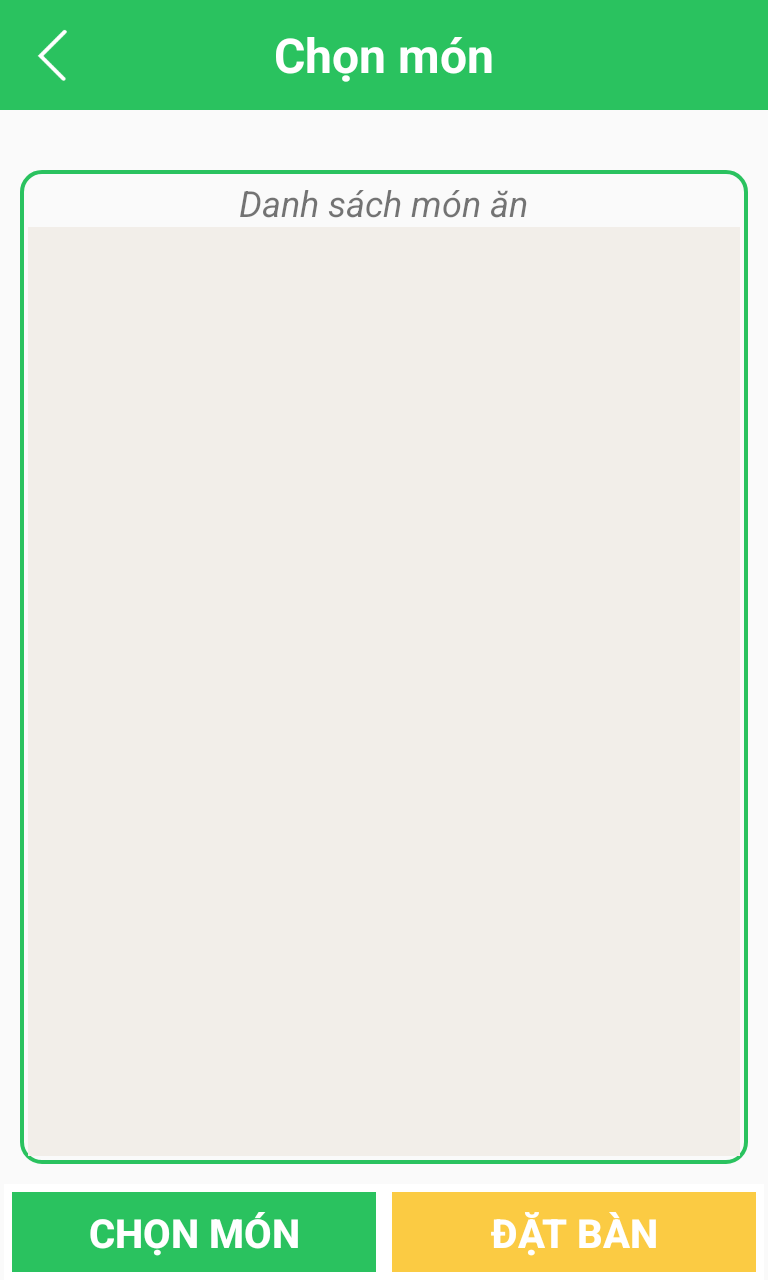
Repository: yenthanh132/Intelresment_AndroidClientApp
Layout: Intelresment/res/layout/activity_order.xml
An editor plug-in stored every save of this project. The layout is shown before and after the next save, followed by the edit.
It is drawn on a 768 x 1280 px phone screen (xhdpi) without system bars, with theme AppTheme; the app's code is not run. Lists and similar views that code fills are empty.

Above is the layout before, as saved 2014-12-27 07:37:44.

### Intelresment/res/layout/activity_order.xml
<?xml version="1.0" encoding="utf-8"?>
<RelativeLayout xmlns:android="http://schemas.android.com/apk/res/android"
    android:layout_width="match_parent"
    android:layout_height="match_parent" >

    <RelativeLayout
        android:id="@+id/header"
        android:layout_width="match_parent"
        android:layout_height="wrap_content"
        android:background="#2AC25F"
        android:padding="10dp" >

        <ImageButton
            android:id="@+id/btnBack"
            android:layout_width="35dp"
            android:layout_height="35dp"
            android:background="@drawable/transparent_button"
            android:scaleType="fitXY"
            android:src="@drawable/back" />

        <TextView
            android:id="@+id/tvLabel1"
            android:layout_width="wrap_content"
            android:layout_height="wrap_content"
            android:layout_centerInParent="true"
            android:text="Chọn món"
            android:textColor="#fff"
            android:textSize="24sp"
            android:textStyle="bold" />
    </RelativeLayout>

    <RelativeLayout
        android:id="@+id/panelDetail"
        android:layout_width="match_parent"
        android:layout_height="wrap_content"
        android:layout_above="@+id/panelButton"
        android:layout_below="@+id/header"
        android:padding="10dp" >



        <RelativeLayout
            android:id="@+id/panelFood"
            android:layout_width="match_parent"
            android:layout_height="wrap_content"
            android:layout_below="@+id/tvOrderDate"
            android:layout_marginTop="20dp"
            android:background="@drawable/oval_rectangle"
            android:padding="4dp" >

            <TextView
                android:id="@+id/tvLabel2"
                android:layout_width="wrap_content"
                android:layout_height="wrap_content"
                android:layout_centerHorizontal="true"
                android:text="Danh sách món ăn"
                android:textSize="18sp"
                android:textStyle="italic" />

            <GridView
                android:id="@+id/gvOrderedFood"
                android:layout_width="match_parent"
                android:layout_height="match_parent"
                android:layout_below="@+id/tvLabel2"
                android:background="#F2EEE9" >
            </GridView>
        </RelativeLayout>
    </RelativeLayout>

    <LinearLayout
        android:id="@+id/panelButton"
        android:layout_width="match_parent"
        android:layout_height="wrap_content"
        android:layout_alignParentBottom="true"
        android:paddingLeft="2dp"
        android:paddingRight="2dp"
        android:weightSum="2" >

        <Button
            android:id="@+id/btnChooseFood"
            android:layout_width="match_parent"
            android:layout_height="wrap_content"
            android:layout_weight="1"
            android:background="@drawable/green_button"
            android:padding="10dp"
            android:text="Chọn món"
            android:textColor="#fff"
            android:textSize="20sp"
            android:textStyle="bold" />

        <Button
            android:id="@+id/btnOrder"
            android:layout_width="match_parent"
            android:layout_height="wrap_content"
            android:layout_weight="1"
            android:background="@drawable/orange_button"
            android:padding="10dp"
            android:text="Đặt bàn"
            android:textColor="#fff"
            android:textSize="20sp"
            android:textStyle="bold" />
    </LinearLayout>

</RelativeLayout>

### Intelresment/res/drawable/transparent_button.xml
<?xml version="1.0" encoding="utf-8"?>
<selector xmlns:android="http://schemas.android.com/apk/res/android">

    <item android:state_pressed="true"><shape>
            <solid android:color="#0E9174" />
        </shape></item>
    <item><shape>
            <solid android:color="#00000000" />
        </shape></item>

</selector>

### Intelresment/res/drawable/oval_rectangle.xml
<?xml version="1.0" encoding="utf-8"?>
<shape xmlns:android="http://schemas.android.com/apk/res/android" >

    <corners android:radius="10dp" />

    <stroke
        android:width="2dp"
        android:color="#2AC25F" />

</shape>

### Intelresment/res/drawable/green_button.xml
<?xml version="1.0" encoding="utf-8"?>
<selector xmlns:android="http://schemas.android.com/apk/res/android">

    <item android:state_pressed="true"><shape>
            <solid android:color="#0E9174" />

            <stroke android:width="4dp" android:color="#fff" />

            <padding android:bottom="10dp" android:left="10dp" android:right="10dp" android:top="10dp" />
        </shape></item>
    <item><shape>
            <solid android:color="#2AC25F" />

            <stroke android:width="4dp" android:color="#fff" />


        </shape></item>

</selector>

### Intelresment/res/drawable/orange_button.xml
<?xml version="1.0" encoding="utf-8"?>
<selector xmlns:android="http://schemas.android.com/apk/res/android">

    <item android:state_pressed="true"><shape>
            <solid android:color="#0E9174" />

            <stroke android:width="4dp" android:color="#fff" />

            <padding android:bottom="10dp" android:left="10dp" android:right="10dp" android:top="10dp" />
        </shape></item>
    <item><shape>
            <solid android:color="#FBCB43" />

            <stroke android:width="4dp" android:color="#fff" />


        </shape></item>

</selector>

Loaded but not shown: Intelresment/res/values/styles.xml (common file); Intelresment/res/values-v11/styles.xml (common file); Intelresment/res/values-v14/styles.xml (common file)

After the next save:
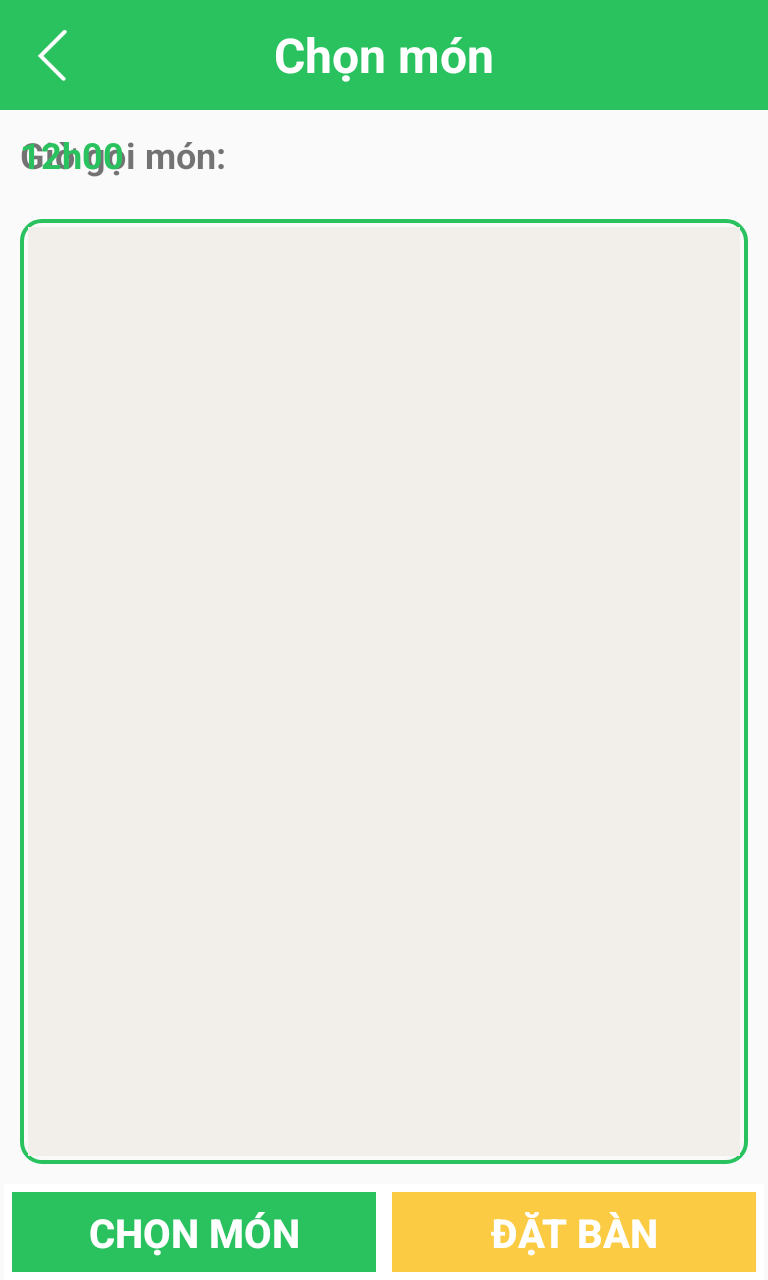
Saved 37 s later.
--- a/Intelresment/res/layout/activity_order.xml
+++ b/Intelresment/res/layout/activity_order.xml
@@ -37,10 +37,26 @@
         android:layout_below="@+id/header"
         android:padding="10dp" >
 
+        <TextView
+            android:id="@+id/tvLabel2"
+            android:layout_width="wrap_content"
+            android:layout_height="wrap_content"
+            android:text="Giờ gọi món: "
+            android:textSize="18sp"
+            android:textStyle="bold" />
 
+        <TextView
+            android:id="@+id/tvOrderDate"
+            android:layout_width="wrap_content"
+            android:layout_height="wrap_content"
+            android:layout_toRightOf="@+id/tvLabel1"
+            android:text="12h00"
+            android:textColor="#2AC25F"
+            android:textSize="18sp"
+            android:textStyle="bold" />
 
         <RelativeLayout
-            android:id="@+id/panelFood"
+            android:id="@+id/panelOrderedFood"
             android:layout_width="match_parent"
             android:layout_height="wrap_content"
             android:layout_below="@+id/tvOrderDate"
@@ -49,7 +65,7 @@
             android:padding="4dp" >
 
             <TextView
-                android:id="@+id/tvLabel2"
+                android:id="@+id/tvLabel3"
                 android:layout_width="wrap_content"
                 android:layout_height="wrap_content"
                 android:layout_centerHorizontal="true"
